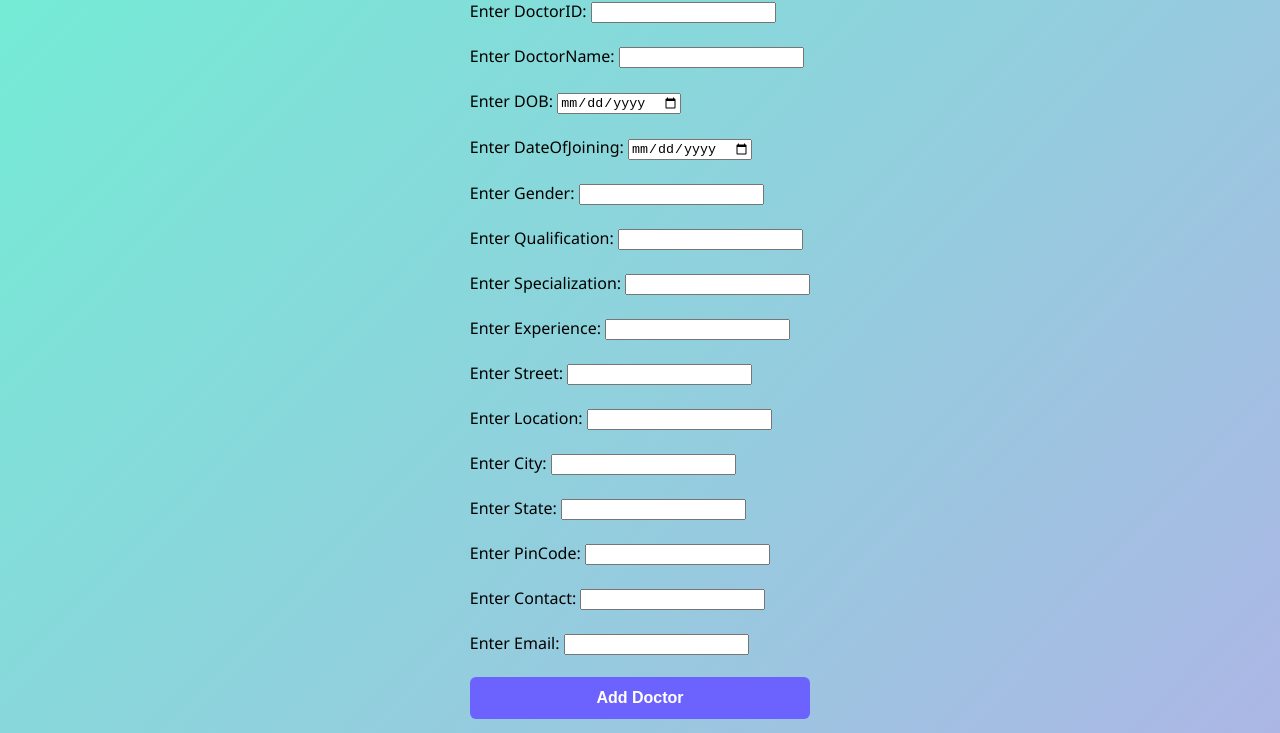
Repository: Pravinkumar-Raja/SpringProjects
Page: http://localhost/Spring-Web/WEB-INF/views/AddDoctor.jsp
The author's editor kept a copy of each file at every save. The page is drawn from the files as they stood at one save, then again after the next save.
The browser window is 1280 px wide. The pictures show the whole page.
The page is served by Tomcat 9. Nobody is signed in. Other server files are loaded and not shown. The template is opened directly, without the code that normally fills it, so the values that code supplies are empty.

Above is the page before, as saved 2025-11-25 06:46:49.

### Spring-Web/src/main/webapp/WEB-INF/views/AddDoctor.jsp
<html>
	<head>
		<style>
		       body {
		           /* Gradient background for a modern look */
		           background: linear-gradient(134deg, #74ebd5 0%, #ACB6E5 100%);
		           font-family: 'Segoe UI', Tahoma, Geneva, Verdana, sans-serif;
		           margin: 0;
		           padding: 0;
		           display: flex;
		           justify-content: center;
		           align-items: flex-start;
		           min-height: 100vh;
		       }

		       .form-container {
		           background: #ffffff;
		           padding: 30px 40px;
		           margin: 40px;
		           width: 700px;
		           border-radius: 12px;
		           box-shadow: 0 8px 25px rgba(0,0,0,0.25);
		       }

		       .form-container h2 {
		           text-align: center;
		           margin-bottom: 25px;
		           color: #333;
		       }

		       .form-section {
		           margin-bottom: 25px;
		       }

		       .form-section h3 {
		           margin-bottom: 15px;
		           color: #444;
		           border-bottom: 2px solid #eee;
		           padding-bottom: 5px;
		       }

		       .form-group {
		           display: flex;
		           flex-wrap: wrap;
		           margin-bottom: 15px;
		       }

		       .form-group label {
		           flex: 1 0 200px;
		           margin-right: 10px;
		           font-weight: 600;
		           color: #555;
		       }

		       .form-group input {
		           flex: 2 0 300px;
		           padding: 8px;
		           border: 1px solid #ccc;
		           border-radius: 6px;
		           transition: border-color 0.3s;
		       }

		       .form-group input:focus {
		           border-color: #6c63ff;
		           outline: none;
		           box-shadow: 0 0 5px rgba(108,99,255,0.3);
		       }

		       button {
		           width: 100%;
		           padding: 12px;
		           background: #6c63ff;
		           border: none;
		           border-radius: 6px;
		           color: white;
		           font-size: 16px;
		           font-weight: bold;
		           cursor: pointer;
		           transition: background 0.3s, transform 0.2s;
		       }

		       button:hover {
		           background: #574b90;
		           transform: scale(1.02);
		       }
		   </style>


</head>
	<body bgcolor="blue">
		<form action="/admin/addDoctor" method="post">
			Enter DoctorID: <input type="text" name="doctorID"/><br><br>
			Enter DoctorName: <input type="text" name="doctorName"/><br><br>
			Enter DOB: <input type="date" name="dateOfBirth"/><br><br>
			Enter DateOfJoining: <input type="date" name="dateOfJoining"/><br><br>
			Enter Gender: <input type="text" name="gender"/><br><br>
			Enter Qualification: <input type="text" name="qualification"/><br><br>
			Enter Specialization: <input type="text" name="specialization"/><br><br>
			Enter Experience: <input type="number" name="experience"/><br><br>
			Enter Street: <input type="text" name="street"/><br><br>
			Enter Location: <input type="text" name="location"/><br><br>
			Enter City: <input type="text" name="city"/><br><br>
			Enter State: <input type="text" name="state"/><br><br>
			Enter PinCode: <input type="number" name="pincode"/><br><br>
			Enter Contact: <input type="text" name="contact"/><br><br>
			Enter Email: <input type="email" name="email"/><br><br>
			<button type="submit">Add Doctor</button>
		</form>
	</body>
</html>

After the next save:
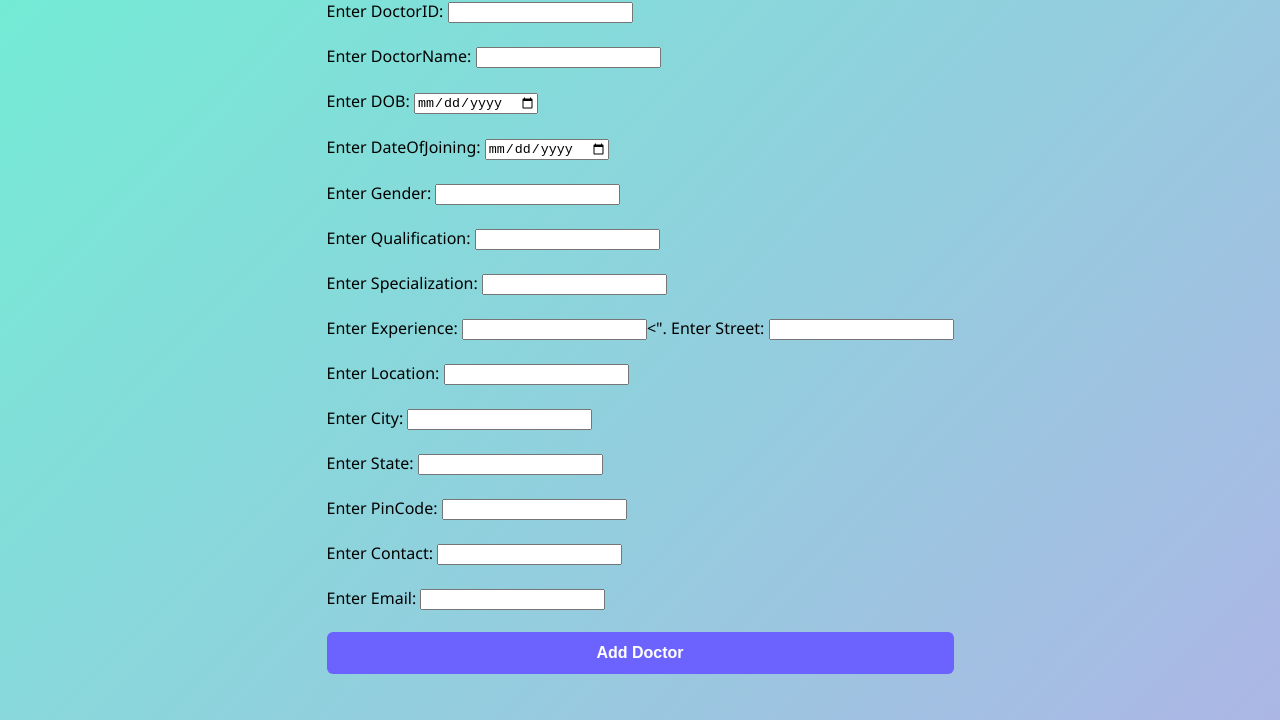
Saved 5 min 29 s later.
--- a/Spring-Web/src/main/webapp/WEB-INF/views/AddDoctor.jsp
+++ b/Spring-Web/src/main/webapp/WEB-INF/views/AddDoctor.jsp
@@ -88,7 +88,7 @@
 
 </head>
 	<body bgcolor="blue">
-		<form action="/admin/addDoctor" method="post">
+		<form action="./addDoctor" method="post">
 			Enter DoctorID: <input type="text" name="doctorID"/><br><br>
 			Enter DoctorName: <input type="text" name="doctorName"/><br><br>
 			Enter DOB: <input type="date" name="dateOfBirth"/><br><br>
@@ -96,7 +96,7 @@
 			Enter Gender: <input type="text" name="gender"/><br><br>
 			Enter Qualification: <input type="text" name="qualification"/><br><br>
 			Enter Specialization: <input type="text" name="specialization"/><br><br>
-			Enter Experience: <input type="number" name="experience"/><br><br>
+			Enter Experience: <input type="number" name="experience"/><".
 			Enter Street: <input type="text" name="street"/><br><br>
 			Enter Location: <input type="text" name="location"/><br><br>
 			Enter City: <input type="text" name="city"/><br><br>

After the save that followed:
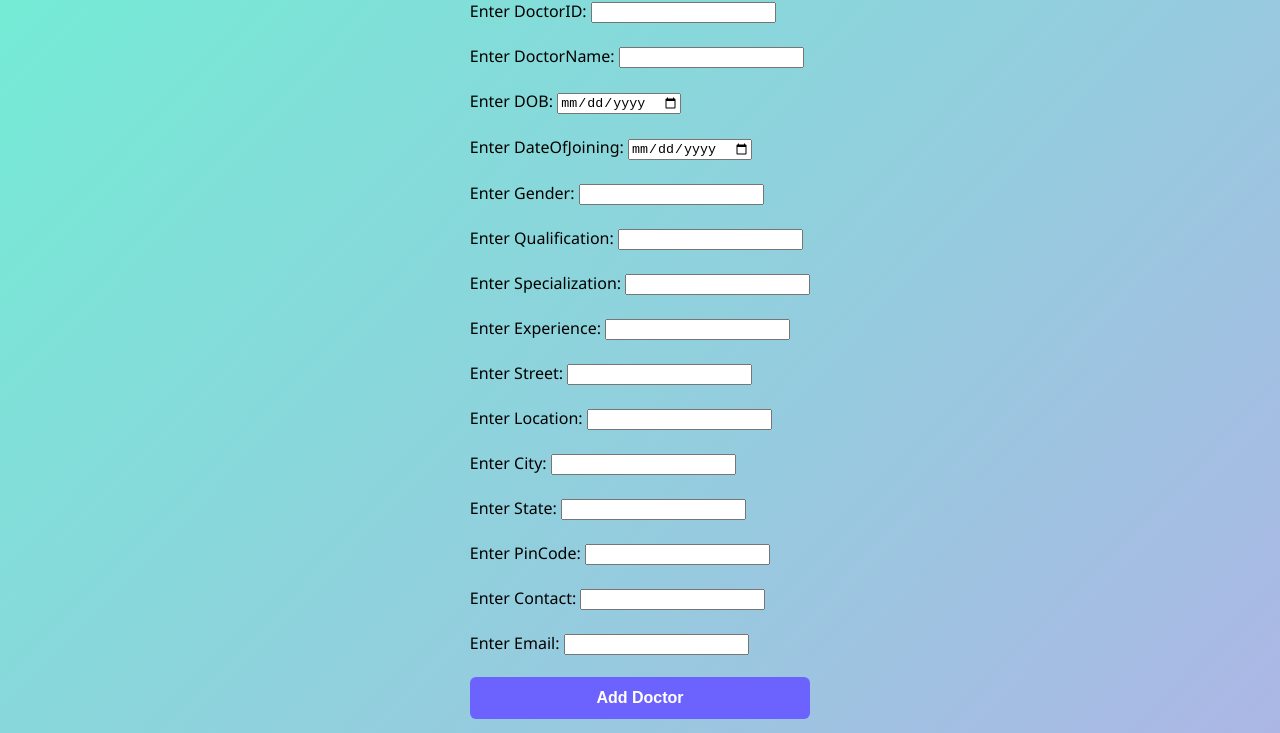
Saved 109 s later.
--- a/Spring-Web/src/main/webapp/WEB-INF/views/AddDoctor.jsp
+++ b/Spring-Web/src/main/webapp/WEB-INF/views/AddDoctor.jsp
@@ -96,7 +96,7 @@
 			Enter Gender: <input type="text" name="gender"/><br><br>
 			Enter Qualification: <input type="text" name="qualification"/><br><br>
 			Enter Specialization: <input type="text" name="specialization"/><br><br>
-			Enter Experience: <input type="number" name="experience"/><".
+			Enter Experience: <input type="number" name="experience"/><br><br>
 			Enter Street: <input type="text" name="street"/><br><br>
 			Enter Location: <input type="text" name="location"/><br><br>
 			Enter City: <input type="text" name="city"/><br><br>
